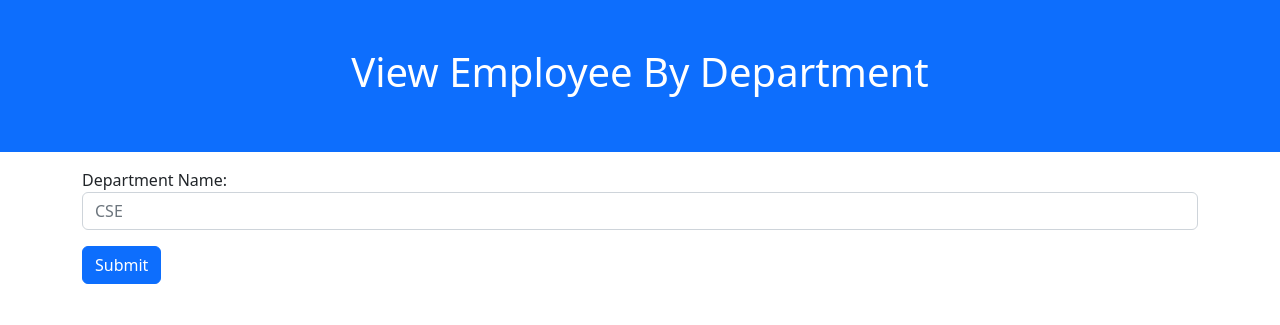
Repository: Rishicollinz/Java_Fullstack
Page: Eclipse 2/jspproject/src/main/webapp/fetch/fetch.html
An editor plug-in stored every save of this project. The page is shown before and after the next save, followed by the edit.
The browser window is 1280 px wide. The pictures show the whole page.

Above is the page before, as saved 2023-05-18 18:03:22.

### Eclipse 2/jspproject/src/main/webapp/fetch/fetch.html
<!DOCTYPE html>
<html>
<head>
<meta charset="UTF-8">
<title>Fetch Employee</title>

<link href="https://cdn.jsdelivr.net/npm/bootstrap@5.2.3/dist/css/bootstrap.min.css" rel="stylesheet">
<script src="https://cdn.jsdelivr.net/npm/bootstrap@5.2.3/dist/js/bootstrap.bundle.min.js"></script>

</head>
<body>

<div class="container-fluid p-5 bg-primary text-white text-center">
  <h1>View Employee By Department</h1>
</div>

<div class="container mt-3">
  <form action="bydept.jsp" method="post">
    <div class="mb-3 mt-3">
      <label for="deptName">Department Name:</label>
      <input type="text" class="form-control"  placeholder="CSE" name="deptName">
    </div>
    <button type="submit" class="btn btn-primary">Submit</button>
  </form>
</div>


</body>
</html>

After the next save:
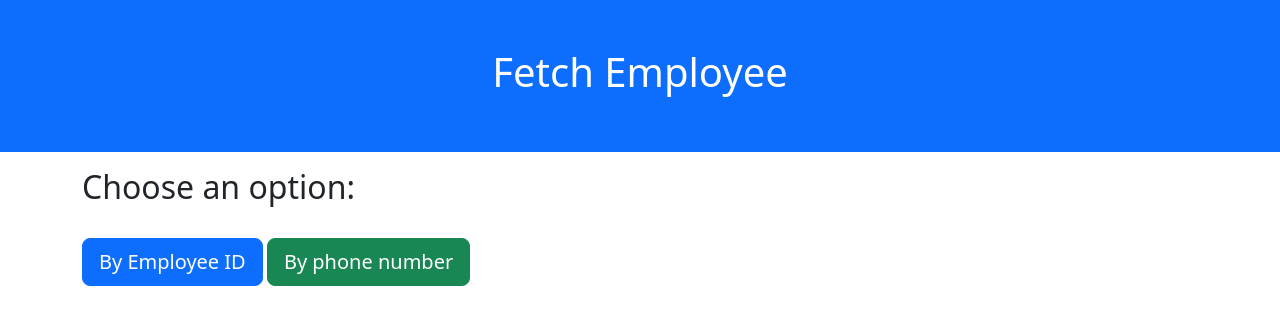
Saved 57 s later.
--- a/Eclipse 2/jspproject/src/main/webapp/fetch/fetch.html
+++ b/Eclipse 2/jspproject/src/main/webapp/fetch/fetch.html
@@ -3,27 +3,21 @@
 <head>
 <meta charset="UTF-8">
 <title>Fetch Employee</title>
-
 <link href="https://cdn.jsdelivr.net/npm/bootstrap@5.2.3/dist/css/bootstrap.min.css" rel="stylesheet">
-<script src="https://cdn.jsdelivr.net/npm/bootstrap@5.2.3/dist/js/bootstrap.bundle.min.js"></script>
+  <script src="https://cdn.jsdelivr.net/npm/bootstrap@5.2.3/dist/js/bootstrap.bundle.min.js"></script>
 
 </head>
 <body>
 
 <div class="container-fluid p-5 bg-primary text-white text-center">
-  <h1>View Employee By Department</h1>
+  <h1>Fetch Employee</h1>
 </div>
 
 <div class="container mt-3">
-  <form action="bydept.jsp" method="post">
-    <div class="mb-3 mt-3">
-      <label for="deptName">Department Name:</label>
-      <input type="text" class="form-control"  placeholder="CSE" name="deptName">
-    </div>
-    <button type="submit" class="btn btn-primary">Submit</button>
-  </form>
+  <h2>Choose an option:</h2><br>
+  <a type="button" href="byid.html" class="btn btn-primary btn-lg">By Employee ID</a>
+  <a type="button" href="byphone.html" class="btn btn-success btn-lg">By phone number</a>
 </div>
-
 
 </body>
 </html>
